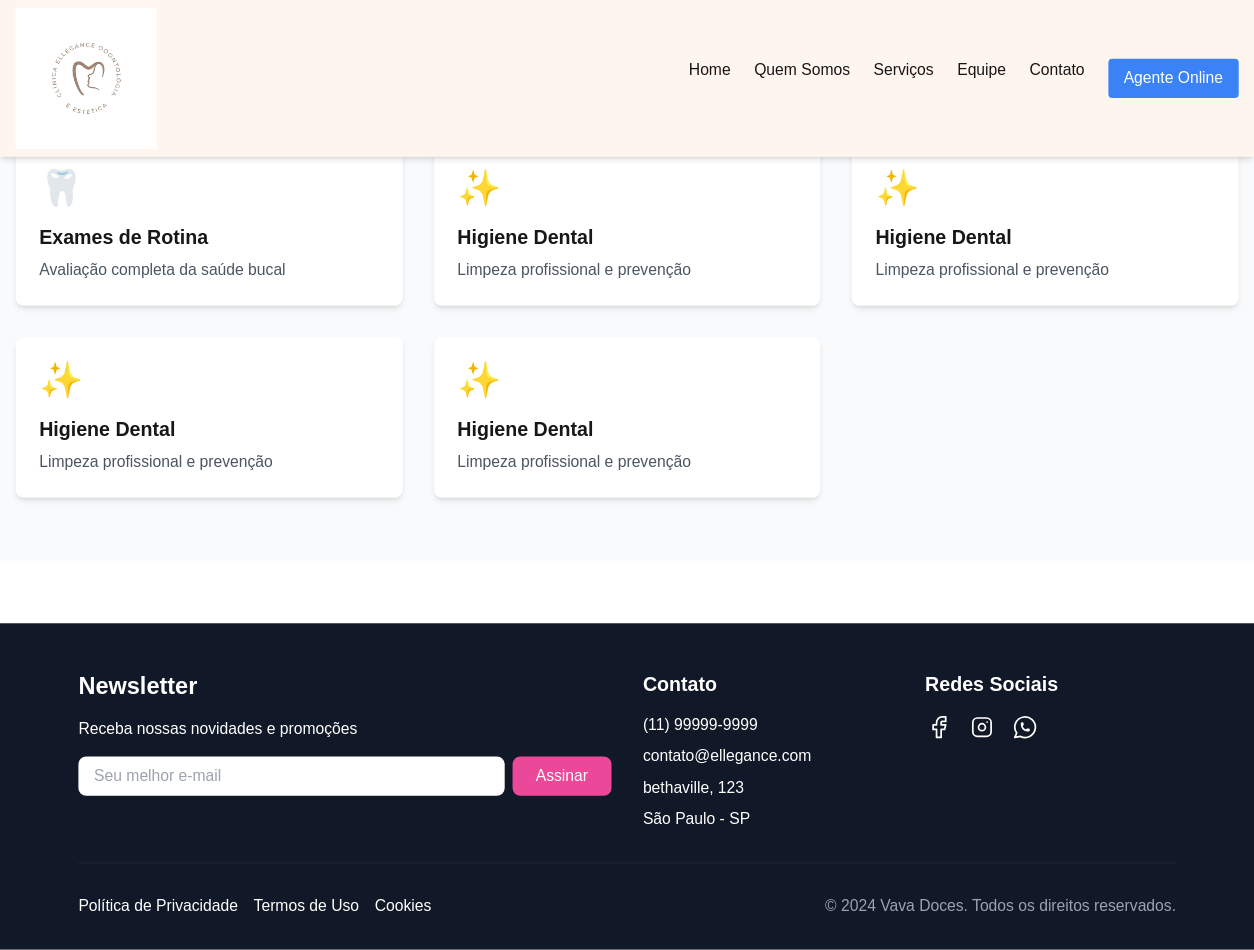
Repository: francisguitt/ellegance_odontologia
Page: /services_
An editor plug-in stored every save of this project. The page is shown before and after a run of saves, followed by the edit.
The browser window is 1280 px wide. The pictures show the whole page, at 98% of full size.
The project was rebuilt for these pictures with package versions that can differ from the ones it lists, and the page was loaded fresh each time. The framework's server and built-in components were replaced by stand-ins that run in the browser. Also part of the build but not shown: next.config.mjs.

Above is the page before, as saved 2025-02-22 11:48:53.

After the next 3 saves:
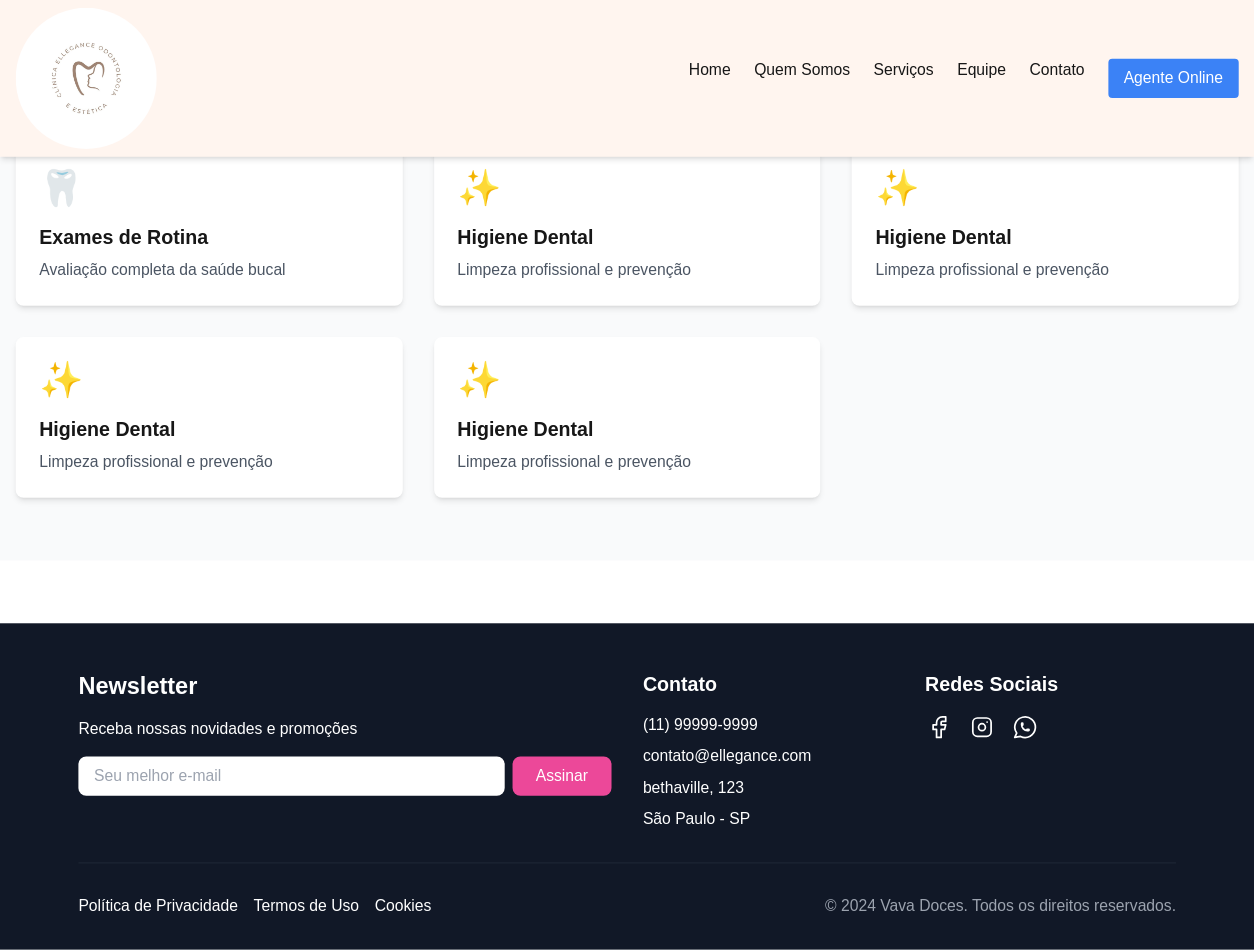
The 3 saves are shown as one change because they came seconds apart.
The last was saved 26 s later.
--- a/src/app/components/header.tsx
+++ b/src/app/components/header.tsx
@@ -29,7 +29,7 @@ const Header = () => {
           <Image
             src={logo}
             alt="Ellegance Dental"
-            className="w-36 h-36"
+            className="w-36 h-36 bg-[var(--primary-color)] rounded-full"
           />
         {/* </div> */}
 
